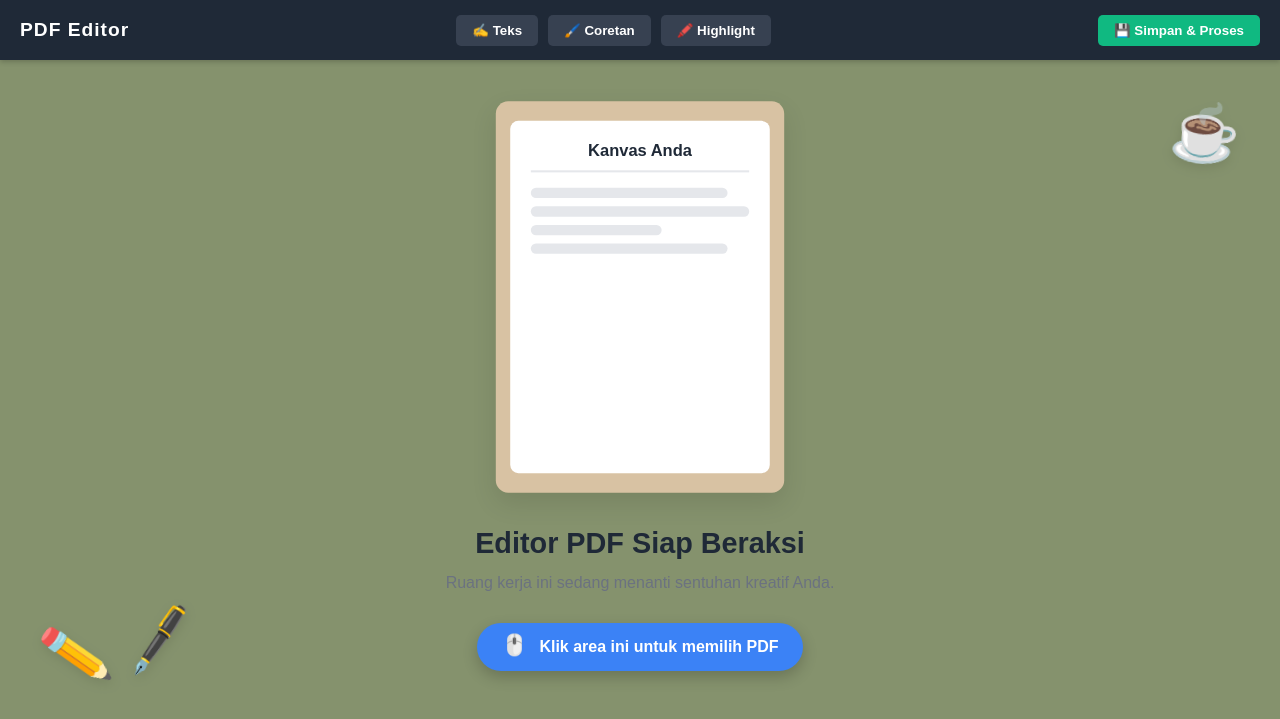
Repository: IkhsanMoekhtar/pdf_editor
Page: /
These files come from the project's save history. The page is drawn as it stood at one moment and after the next save; the edit follows.
The browser window is 1280 px wide. The pictures show the whole page.
The pointer rests on the first visible `.empty-state.desktop-scene`.
The project was rebuilt for these pictures with package versions that can differ from the ones it lists, and the page was loaded fresh each time. Also part of the build but not shown: vite.config.js.

Above is the page before, as saved 2026-03-18 04:56:53.

After the next save:
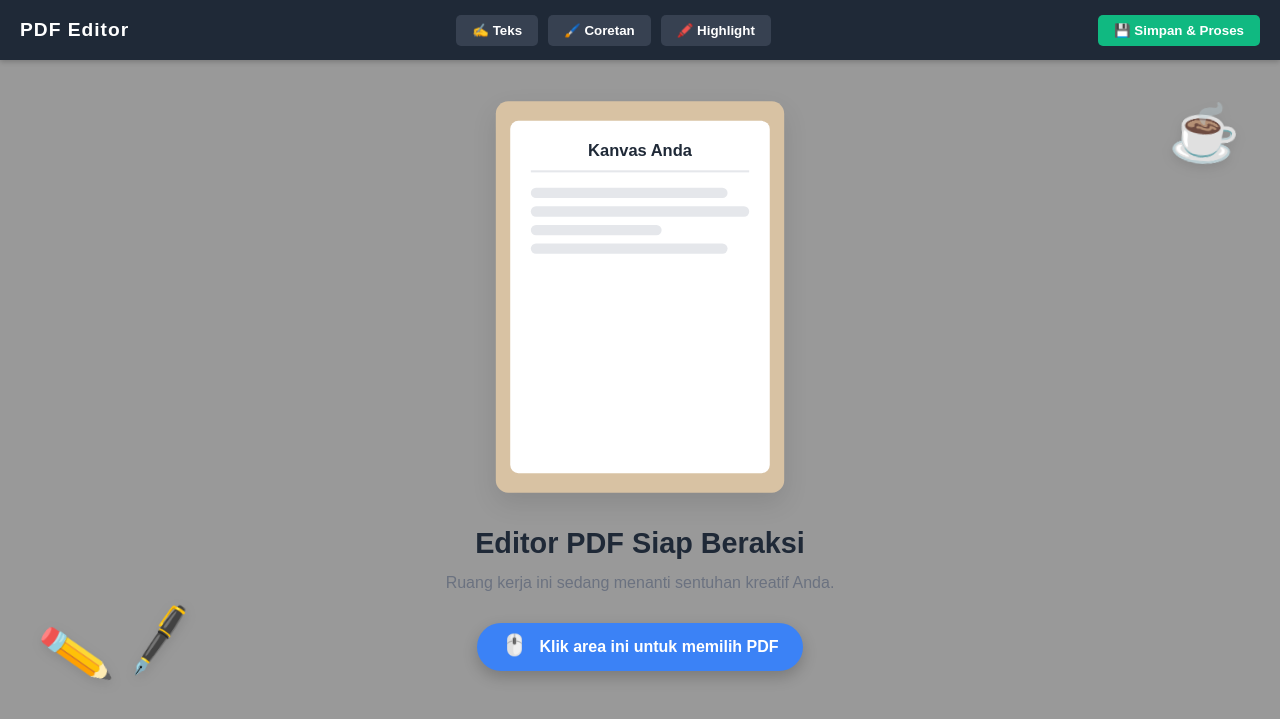
Saved 5 s later.
--- a/src/App.css
+++ b/src/App.css
@@ -74,7 +74,7 @@
 
 /* Sedikit penggelapan latar belakang saat area disorot mouse */
 .empty-state.desktop-scene:hover {
-  background-color: #85926d;
+  background-color: #999999;
 }
 
 .clipboard {
